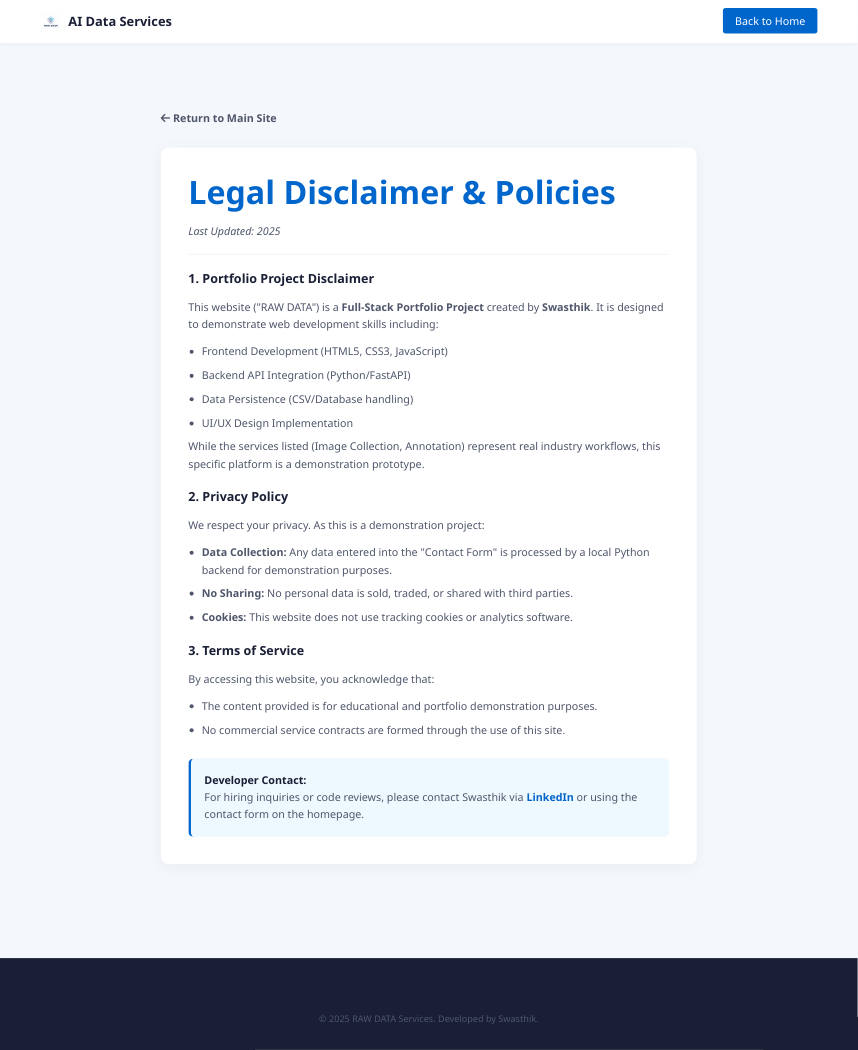
Repository: swasthiik/swasthik-website
Page: public/legal.html
The author's editor kept a copy of each file at every save. The page is drawn from the files as they stood at one save, then again after the next save.
The browser window is 1280 px wide. The pictures show the whole page, at 67% of full size.

Above is the page before, as saved 2025-11-17 15:47:04.

### public/legal.html
<!DOCTYPE html>
<html lang="en">
<head>
    <meta charset="UTF-8">
    <meta name="viewport" content="width=device-width, initial-scale=1.0">
    <title>Legal - RAW DATA</title>
    <link rel="stylesheet" href="css/style.css">
    <link rel="stylesheet" href="https://cdnjs.cloudflare.com/ajax/libs/font-awesome/6.0.0-beta3/css/all.min.css">
    <link rel="icon" href="images/favicon.png" type="image/png">
    <style>
        /* Simple inline styles just for this page layout */
        .legal-content {
            padding: 100px 0;
            max-width: 800px;
            margin: 0 auto;
        }
        .legal-section {
            margin-bottom: 40px;
            background: white;
            padding: 40px;
            border-radius: 12px;
            border: 1px solid rgba(255, 255, 255, 0.6);
            box-shadow: 0 4px 20px rgba(0,0,0,0.05);
        }
        h1 { color: var(--primary-blue); margin-bottom: 20px; }
        h3 { margin-top: 20px; color: var(--text-dark); }
        ul { list-style: disc; margin-left: 20px; color: var(--text-grey); }
        li { margin-bottom: 10px; }
        p { color: var(--text-grey); margin-bottom: 15px; }
        .back-btn {
            display: inline-block;
            margin-bottom: 30px;
            color: var(--text-grey);
            font-weight: 600;
        }
        .back-btn:hover { color: var(--primary-blue); }
    </style>
</head>
<body>

    <header class="header">
        <div class="container">
            <div class="logo">
                <a href="index.html">
                    <img src="images/logo1.png" alt="RAW DATA" onerror="this.style.display='none'">
                    <span>AI Data Services</span>
                </a>
            </div>
            <nav class="navbar">
                <a href="index.html" class="btn-nav">Back to Home</a>
            </nav>
        </div>
    </header>

    <main>
        <div class="container legal-content">
            <a href="index.html" class="back-btn"><i class="fas fa-arrow-left"></i> Return to Main Site</a>

            <div class="legal-section">
                <h1>Legal Disclaimer & Policies</h1>
                <p><em>Last Updated: 2025</em></p>
                <hr style="margin: 20px 0; border: 0; border-top: 1px solid #eee;">

                <h3>1. Portfolio Project Disclaimer</h3>
                <p>This website ("RAW DATA") is a <strong>Full-Stack Portfolio Project</strong> created by <strong>Swasthik</strong>. It is designed to demonstrate web development skills including:</p>
                <ul>
                    <li>Frontend Development (HTML5, CSS3, JavaScript)</li>
                    <li>Backend API Integration (Python/FastAPI)</li>
                    <li>Data Persistence (CSV/Database handling)</li>
                    <li>UI/UX Design Implementation</li>
                </ul>
                <p>While the services listed (Image Collection, Annotation) represent real industry workflows, this specific platform is a demonstration prototype.</p>

                <h3>2. Privacy Policy</h3>
                <p>We respect your privacy. As this is a demonstration project:</p>
                <ul>
                    <li><strong>Data Collection:</strong> Any data entered into the "Contact Form" is processed by a local Python backend for demonstration purposes.</li>
                    <li><strong>No Sharing:</strong> No personal data is sold, traded, or shared with third parties.</li>
                    <li><strong>Cookies:</strong> This website does not use tracking cookies or analytics software.</li>
                </ul>

                <h3>3. Terms of Service</h3>
                <p>By accessing this website, you acknowledge that:</p>
                <ul>
                    <li>The content provided is for educational and portfolio demonstration purposes.</li>
                    <li>No commercial service contracts are formed through the use of this site.</li>
                </ul>

                <div style="margin-top: 30px; padding: 20px; background: #eef8ff; border-radius: 8px; border-left: 4px solid var(--primary-blue);">
                    <strong>Developer Contact:</strong><br>
                    <p style="margin-bottom: 0;">For hiring inquiries or code reviews, please contact Swasthik via <a href="https://www.linkedin.com/in/swasthiik/" target="_blank" style="color: var(--primary-blue); font-weight: bold;">LinkedIn</a> or using the contact form on the homepage.</p>
                </div>
            </div>
        </div>
    </main>

    <footer class="footer">
        <div class="footer-bottom">
            <p>&copy; <span id="current-year">2025</span> RAW DATA Services. Developed by Swasthik.</p>
        </div>
    </footer>

</body>
</html>

### public/css/style.css
/* RAW DATA - AI Services Theme */
:root {
    --primary-blue: #0066cc;
    --accent-blue: #00aaff;
    --dark-bg: #f4f7fb;
    --text-dark: #1a1f36;
    --text-grey: #4f566b;
    --white: #ffffff;
    --glass-bg: rgba(255, 255, 255, 0.85);
    --glass-border: 1px solid rgba(255, 255, 255, 0.6);
    --success-green: #22c55e;
}

* { margin: 0; padding: 0; box-sizing: border-box; }

body {
    font-family: 'Segoe UI', Inter, system-ui, sans-serif;
    line-height: 1.6;
    color: var(--text-dark);
    background-color: var(--dark-bg);
    scroll-behavior: smooth;
}

h1, h2, h3, h4 { color: var(--text-dark); font-weight: 700; margin-bottom: 1rem; }
h1 { font-size: 3rem; line-height: 1.1; }
h2 { font-size: 2.2rem; }
a { text-decoration: none; color: inherit; transition: 0.3s; }
ul { list-style: none; }
.highlight { color: var(--primary-blue); }
.bg-white { background-color: var(--white); }
.bg-light { background-color: var(--dark-bg); }

/* --- Buttons --- */
.btn { display: inline-block; padding: 12px 28px; border-radius: 6px; font-weight: 600; cursor: pointer; border: none; }
.btn-primary { background: linear-gradient(135deg, var(--primary-blue), var(--accent-blue)); color: white; box-shadow: 0 4px 15px rgba(0, 102, 204, 0.3); }
.btn-primary:hover { transform: translateY(-2px); box-shadow: 0 6px 20px rgba(0, 102, 204, 0.4); }
.btn-secondary { background: white; color: var(--primary-blue); border: 1px solid var(--primary-blue); }
.btn-secondary:hover { background: var(--dark-bg); }
.btn-block { display: block; width: 100%; }

/* --- Header & Nav --- */
.header { background: rgba(255, 255, 255, 0.95); backdrop-filter: blur(10px); position: sticky; top: 0; z-index: 1000; box-shadow: 0 2px 10px rgba(0,0,0,0.05); padding: 1rem 0; }
.container { max-width: 1200px; margin: 0 auto; padding: 0 20px; }
.header .container { display: flex; justify-content: space-between; align-items: center; }
.logo a { display: flex; align-items: center; gap: 10px; font-size: 1.2rem; font-weight: 800; color: var(--text-dark); }
.logo img { height: 32px; }

.nav-menu { display: flex; gap: 30px; align-items: center; }
.nav-menu a { font-weight: 500; font-size: 0.95rem; color: var(--text-grey); position: relative; }
.nav-menu a:hover, .nav-menu a.active { color: var(--primary-blue); }
.nav-menu a.active::after { content: ''; position: absolute; width: 100%; height: 2px; background: var(--primary-blue); bottom: -4px; left: 0; }

.btn-nav { background-color: var(--primary-blue); color: white !important; padding: 8px 18px; border-radius: 4px; }
.btn-nav.active::after { display: none; }

/* Mobile Toggle */
.menu-toggle { display: none; cursor: pointer; }
.bar { display: block; width: 25px; height: 3px; margin: 5px auto; transition: all 0.3s ease-in-out; background-color: var(--text-dark); }

/* --- Hero --- */
.hero-section { padding: 80px 0; background: radial-gradient(circle at top right, #eef8ff, transparent 40%); }
.hero-section .container { display: flex; align-items: center; gap: 50px; }
.hero-content { flex: 1; }
.badge { display: inline-block; background: #e0f2fe; color: var(--primary-blue); padding: 6px 12px; border-radius: 20px; font-size: 0.85rem; font-weight: 600; margin-bottom: 20px; }
.hero-content p { font-size: 1.15rem; color: var(--text-grey); margin-bottom: 30px; max-width: 500px; }
.stats-row { display: flex; gap: 40px; margin-top: 40px; padding-top: 20px; border-top: 1px solid #e0e0e0; }
.stat strong { display: block; font-size: 1.5rem; color: var(--text-dark); }
.hero-image { flex: 1; display: flex; justify-content: center; }
.hero-image img { max-width: 100%; border-radius: 12px; }

/* --- Trust Strip & Process --- */
.logo-strip { background: white; border-bottom: 1px solid #eee; padding: 20px 0; text-align: center; }
.logo-strip p { font-size: 0.9rem; color: var(--text-grey); margin-bottom: 10px; }
.trust-badges { display: flex; justify-content: center; gap: 40px; color: #888; flex-wrap: wrap; }
.partner-name { font-weight: 600; display: flex; gap: 8px; align-items: center; }

.process-section { padding: 80px 0; }
.section-header { text-align: center; margin-bottom: 60px; max-width: 600px; margin-left: auto; margin-right: auto; }
.process-steps { display: grid; grid-template-columns: repeat(auto-fit, minmax(220px, 1fr)); gap: 30px; }
.step-number { font-size: 2.5rem; font-weight: 800; color: rgba(0, 102, 204, 0.1); margin-bottom: 10px; }

/* --- Services (Glassmorphism) --- */
.services-section { padding: 80px 0; }
.glass-card { background: var(--glass-bg); border: var(--glass-border); backdrop-filter: blur(8px); border-radius: 12px; padding: 30px; box-shadow: 0 4px 20px rgba(0,0,0,0.03); transition: transform 0.3s, box-shadow 0.3s; }
.glass-card:hover { transform: translateY(-5px); box-shadow: 0 10px 30px rgba(0,0,0,0.08); border-color: var(--accent-blue); }
.services-grid { display: grid; grid-template-columns: repeat(auto-fit, minmax(300px, 1fr)); gap: 30px; }

/* FIXED CSS: Only style the top icon */
.service-card > i {
    font-size: 2rem;
    color: var(--primary-blue);
    margin-bottom: 20px;
    background: #eef8ff;
    padding: 15px;
    border-radius: 10px;
    display: inline-block;
}

/* Reset the link arrow so it is small */
.link-arrow i {
    background: none !important;
    padding: 0 !important;
    font-size: 0.9rem !important;
    margin-left: 5px;
}

.link-arrow { color: var(--primary-blue); font-weight: 600; display: inline-flex; align-items: center; gap: 5px; margin-top: 15px; }

/* --- About --- */
.about-section { padding: 80px 0; }
.about-layout { display: flex; gap: 60px; align-items: center; }
.about-text { flex: 2; }
.why-choose-us-list li { margin-bottom: 15px; color: var(--text-grey); }
.why-choose-us-list i { color: var(--success-green); margin-right: 10px; }
.founder-card { flex: 1; text-align: center; border-top: 4px solid var(--primary-blue); }
.founder-photo img { width: 100px; height: 100px; border-radius: 50%; object-fit: cover; margin-bottom: 15px; border: 3px solid #fff; box-shadow: 0 2px 10px rgba(0,0,0,0.1); }

/* --- Testimonials --- */
.client-success-section { padding: 80px 0; }
.testimonials-grid { display: grid; grid-template-columns: repeat(auto-fit, minmax(300px, 1fr)); gap: 30px; margin-top: 40px; }
.testimonial-card .stars { color: #ffc107; margin-bottom: 15px; font-size: 0.8rem; }
.testimonial-text { font-style: italic; color: var(--text-grey); font-size: 0.95rem; margin-bottom: 20px; }

.client-info {
    margin-top: 15px;
    border-left: 4px solid var(--primary-blue);
    padding-left: 15px;
}
.client-name { font-weight: 700; font-size: 1rem; color: var(--text-dark); }
.client-role { font-size: 0.85rem; color: var(--text-grey); }


/* --- Contact --- */
.contact-section { padding: 80px 0; }
.contact-sub { text-align: center; margin-bottom: 40px; color: var(--text-grey); }
.contact-grid { display: flex; gap: 40px; align-items: flex-start; }
.contact-form-wrapper { flex: 2; }
.form-group { margin-bottom: 20px; }
.form-group label { display: block; font-size: 0.9rem; font-weight: 600; margin-bottom: 8px; }
.form-group input, .form-group textarea { width: 100%; padding: 12px; border: 1px solid #ddd; border-radius: 6px; font-family: inherit; }
.error-msg { color: #d32f2f; font-size: 0.8rem; margin-top: 5px; display: none; }
.success-message { margin-top: 15px; padding: 15px; background: #e8f5e9; color: #1b5e20; border-radius: 6px; text-align: center; }

.contact-info { flex: 1; }
.info-item { display: flex; gap: 15px; margin-bottom: 30px; }
.icon-box { width: 40px; height: 40px; background: #eef8ff; color: var(--primary-blue); display: flex; align-items: center; justify-content: center; border-radius: 50%; }
.whatsapp-box { background: #e8f5e9; padding: 20px; border-radius: 12px; text-align: center; }
.btn-whatsapp-btn { background: #25D366; color: white; display: inline-flex; align-items: center; gap: 8px; padding: 10px 20px; border-radius: 20px; margin-top: 10px; font-weight: 600; }

/* --- Footer --- */
.footer { background: #1a1f36; color: #a0a9c0; padding: 60px 0 20px; font-size: 0.9rem; }
.footer .container { display: grid; grid-template-columns: 2fr 1fr 1fr 1fr; gap: 40px; border-bottom: 1px solid rgba(255,255,255,0.1); padding-bottom: 40px; }
.footer-logo span { color: white; font-size: 1.2rem; font-weight: bold; }
.footer h4 { color: white; margin-bottom: 20px; }
.social-icons a { font-size: 1.2rem; margin-right: 15px; }
.footer-bottom { text-align: center; padding-top: 20px; font-size: 0.85rem; }

/* --- Mobile Responsive --- */
@media (max-width: 992px) {
    .hero-section .container, .about-layout, .contact-grid { flex-direction: column; }
    .hero-image { margin-top: 40px; }
    .footer .container { grid-template-columns: 1fr 1fr; }

    .menu-toggle { display: block; }
    .menu-toggle.active .bar:nth-child(2) { opacity: 0; }
    .menu-toggle.active .bar:nth-child(1) { transform: translateY(8px) rotate(45deg); }
    .menu-toggle.active .bar:nth-child(3) { transform: translateY(-8px) rotate(-45deg); }

    .nav-menu {
        position: fixed; left: -100%; top: 70px; gap: 0; flex-direction: column;
        background-color: white; width: 100%; text-align: center; transition: 0.3s;
        box-shadow: 0 10px 10px rgba(0,0,0,0.1);
    }
    .nav-menu.active { left: 0; }
    .nav-menu li { margin: 16px 0; }
}

Loaded but not shown: public/js/main.js (151 lines, source omitted)

After the next save:
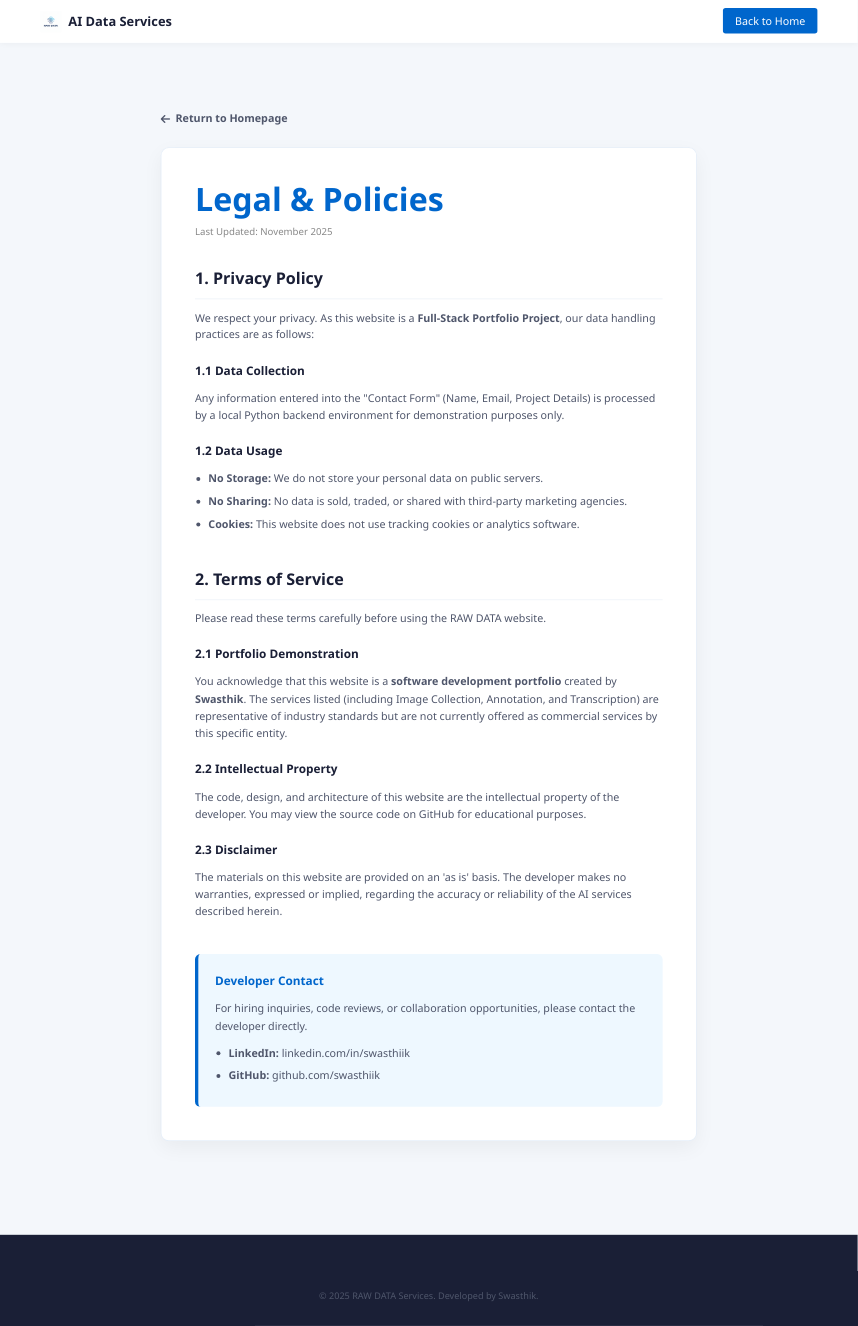
Saved 32 s later.
--- a/public/legal.html
+++ b/public/legal.html
@@ -8,7 +8,7 @@
     <link rel="stylesheet" href="https://cdnjs.cloudflare.com/ajax/libs/font-awesome/6.0.0-beta3/css/all.min.css">
     <link rel="icon" href="images/favicon.png" type="image/png">
     <style>
-        /* Simple inline styles just for this page layout */
+        /* Page specific styles */
         .legal-content {
             padding: 100px 0;
             max-width: 800px;
@@ -17,23 +17,31 @@
         .legal-section {
             margin-bottom: 40px;
             background: white;
-            padding: 40px;
+            padding: 50px;
             border-radius: 12px;
-            border: 1px solid rgba(255, 255, 255, 0.6);
-            box-shadow: 0 4px 20px rgba(0,0,0,0.05);
+            border: 1px solid rgba(0, 102, 204, 0.1); /* Subtle blue border */
+            box-shadow: 0 10px 30px rgba(0,0,0,0.05);
         }
-        h1 { color: var(--primary-blue); margin-bottom: 20px; }
-        h3 { margin-top: 20px; color: var(--text-dark); }
-        ul { list-style: disc; margin-left: 20px; color: var(--text-grey); }
-        li { margin-bottom: 10px; }
-        p { color: var(--text-grey); margin-bottom: 15px; }
+        h1 { color: var(--primary-blue); margin-bottom: 10px; }
+        .last-updated { color: #888; font-size: 0.9rem; margin-bottom: 30px; display: block;}
+
+        h2 { margin-top: 40px; margin-bottom: 15px; font-size: 1.5rem; border-bottom: 2px solid #f4f7fb; padding-bottom: 10px; }
+        h3 { margin-top: 25px; font-size: 1.1rem; color: var(--text-dark); }
+
+        ul { list-style: disc; margin-left: 20px; color: var(--text-grey); margin-bottom: 15px; }
+        li { margin-bottom: 8px; line-height: 1.6; }
+        p { color: var(--text-grey); margin-bottom: 15px; line-height: 1.6; }
+
         .back-btn {
-            display: inline-block;
+            display: inline-flex;
+            align-items: center;
+            gap: 8px;
             margin-bottom: 30px;
             color: var(--text-grey);
             font-weight: 600;
+            transition: 0.3s;
         }
-        .back-btn:hover { color: var(--primary-blue); }
+        .back-btn:hover { color: var(--primary-blue); transform: translateX(-5px); }
     </style>
 </head>
 <body>
@@ -54,41 +62,44 @@
 
     <main>
         <div class="container legal-content">
-            <a href="index.html" class="back-btn"><i class="fas fa-arrow-left"></i> Return to Main Site</a>
+            <a href="index.html" class="back-btn"><i class="fas fa-arrow-left"></i> Return to Homepage</a>
 
             <div class="legal-section">
-                <h1>Legal Disclaimer & Policies</h1>
-                <p><em>Last Updated: 2025</em></p>
-                <hr style="margin: 20px 0; border: 0; border-top: 1px solid #eee;">
+                <h1>Legal & Policies</h1>
+                <span class="last-updated">Last Updated: November 2025</span>
 
-                <h3>1. Portfolio Project Disclaimer</h3>
-                <p>This website ("RAW DATA") is a <strong>Full-Stack Portfolio Project</strong> created by <strong>Swasthik</strong>. It is designed to demonstrate web development skills including:</p>
+                <h2 id="privacy">1. Privacy Policy</h2>
+                <p>We respect your privacy. As this website is a <strong>Full-Stack Portfolio Project</strong>, our data handling practices are as follows:</p>
+
+                <h3>1.1 Data Collection</h3>
+                <p>Any information entered into the "Contact Form" (Name, Email, Project Details) is processed by a local Python backend environment for demonstration purposes only.</p>
+
+                <h3>1.2 Data Usage</h3>
                 <ul>
-                    <li>Frontend Development (HTML5, CSS3, JavaScript)</li>
-                    <li>Backend API Integration (Python/FastAPI)</li>
-                    <li>Data Persistence (CSV/Database handling)</li>
-                    <li>UI/UX Design Implementation</li>
-                </ul>
-                <p>While the services listed (Image Collection, Annotation) represent real industry workflows, this specific platform is a demonstration prototype.</p>
-
-                <h3>2. Privacy Policy</h3>
-                <p>We respect your privacy. As this is a demonstration project:</p>
-                <ul>
-                    <li><strong>Data Collection:</strong> Any data entered into the "Contact Form" is processed by a local Python backend for demonstration purposes.</li>
-                    <li><strong>No Sharing:</strong> No personal data is sold, traded, or shared with third parties.</li>
+                    <li><strong>No Storage:</strong> We do not store your personal data on public servers.</li>
+                    <li><strong>No Sharing:</strong> No data is sold, traded, or shared with third-party marketing agencies.</li>
                     <li><strong>Cookies:</strong> This website does not use tracking cookies or analytics software.</li>
                 </ul>
 
-                <h3>3. Terms of Service</h3>
-                <p>By accessing this website, you acknowledge that:</p>
-                <ul>
-                    <li>The content provided is for educational and portfolio demonstration purposes.</li>
-                    <li>No commercial service contracts are formed through the use of this site.</li>
-                </ul>
+                <h2 id="terms" style="margin-top: 50px;">2. Terms of Service</h2>
+                <p>Please read these terms carefully before using the RAW DATA website.</p>
 
-                <div style="margin-top: 30px; padding: 20px; background: #eef8ff; border-radius: 8px; border-left: 4px solid var(--primary-blue);">
-                    <strong>Developer Contact:</strong><br>
-                    <p style="margin-bottom: 0;">For hiring inquiries or code reviews, please contact Swasthik via <a href="https://www.linkedin.com/in/swasthiik/" target="_blank" style="color: var(--primary-blue); font-weight: bold;">LinkedIn</a> or using the contact form on the homepage.</p>
+                <h3>2.1 Portfolio Demonstration</h3>
+                <p>You acknowledge that this website is a <strong>software development portfolio</strong> created by <strong>Swasthik</strong>. The services listed (including Image Collection, Annotation, and Transcription) are representative of industry standards but are not currently offered as commercial services by this specific entity.</p>
+
+                <h3>2.2 Intellectual Property</h3>
+                <p>The code, design, and architecture of this website are the intellectual property of the developer. You may view the source code on GitHub for educational purposes.</p>
+
+                <h3>2.3 Disclaimer</h3>
+                <p>The materials on this website are provided on an 'as is' basis. The developer makes no warranties, expressed or implied, regarding the accuracy or reliability of the AI services described herein.</p>
+
+                <div style="margin-top: 50px; padding: 25px; background: #eef8ff; border-radius: 8px; border-left: 5px solid var(--primary-blue);">
+                    <h3 style="margin-top: 0; color: var(--primary-blue);">Developer Contact</h3>
+                    <p>For hiring inquiries, code reviews, or collaboration opportunities, please contact the developer directly.</p>
+                    <ul style="margin-bottom: 0;">
+                        <li><strong>LinkedIn:</strong> <a href="https://www.linkedin.com/in/swasthiik/" target="_blank">linkedin.com/in/swasthiik</a></li>
+                        <li><strong>GitHub:</strong> <a href="https://github.com/swasthiik" target="_blank">github.com/swasthiik</a></li>
+                    </ul>
                 </div>
             </div>
         </div>
@@ -100,5 +111,6 @@
         </div>
     </footer>
 
+    <script src="js/main.js"></script>
 </body>
 </html>
